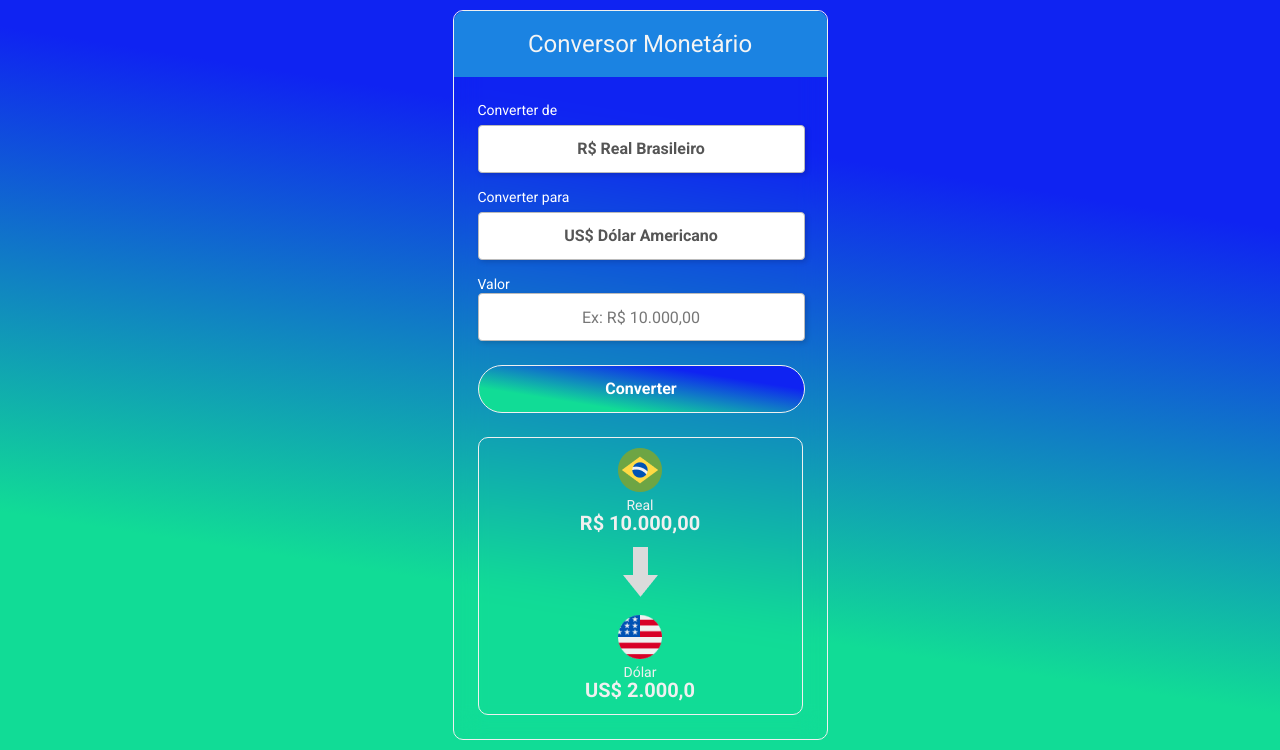
Repository: isayrous/coin-converter
Page: index.html
The author's editor kept a copy of each file at every save. The page is drawn from the files as they stood at one save, then again after the next save.
The browser window is 1280 px wide. The pictures show the whole page.

Above is the page before, as saved 2022-11-03 00:06:22.

### index.html
<!DOCTYPE html>
<html lang="pt-br">
<head>
    <meta charset="UTF-8">
    <meta http-equiv="X-UA-Compatible" content="IE=edge">
    <meta name="viewport" content="width=device-width, initial-scale=1.0">
    <link rel='stylesheet' href="./style.css">
    <link rel="preconnect" href="https://fonts.googleapis.com">
    <link rel="preconnect" href="https://fonts.gstatic.com" crossorigin>
    <link href="https://fonts.googleapis.com/css2?family=Roboto:wght@400;700&display=swap" rel="stylesheet">
    <title>Conversor Monetário</title>
</head>
<body>
    <div class="container">

        <header>
            <h1>Conversor Monetário</h1>
        </header>

        <main>
            <label>
                Converter <strong>de</strong>
                <select id="first-select">
                    <option>R$ Real Brasileiro</option>
                    <option>US$ Dólar Americano</option>
                    <option>Bitcoin</option>
                    <option>€ Euro</option>
                </select>
            </label>

            <label>
                Converter <strong>para</strong>
                <select id="seccond-select">
                    <option>US$ Dólar Americano</option>
                    <option>Bitcoin</option>
                    <option>€ Euro</option>
                    <option>R$ Real Brasileiro</option>
                </select>
            </label>

            <label>
                <b>Valor</b>
                <input id='values' type="number" placeholder="Ex: R$ 10.000,00">
            </label>

            <button id="button-converter" >Converter</button>

            <section>
                <div>
                    <img id="currency-img1" src="./assets/BRL.png">
                    <p id="first-currency">Real</p>
                    <p id="return-input1" class="value">R$ 10.000,00</p>
                </div>

                <img src="./assets/Vector.png"><br>

                <div>
                    <img id="currency-img2" src="./assets/USA.png">
                    <p id ="seccond-currency">Dólar</p>
                    <p id="return-input2" class="value">US$ 2.000,0</p>
                </div>

            </section>

        </main>

    </div>

</body>
<script src='./scripts.js'></script>
</html>

### style.css
* {
    padding: 0;
    margin: 0;
    box-sizing: border-box;
    font-family: 'Roboto', sans-serif;
    font-style: normal;
    font-weight: normal;
    line-height: 18px;
}

body{
    background: linear-gradient(189deg, rgba(15,35,242,1) 24%, rgba(17,220,150,1) 75%);
    width: 100%;
    height: 100%;
    display: flex;
    justify-content: center;
    padding: 10px;
}

.container {
    height: 100%;
    width: 375px;
    background: transparent;
    border: 1px solid #f0f0f0;
    backdrop-filter: blur(15px);
    border-radius: 10px;
}

header {
    background-color: #1b83e2;
    border-radius: 10px 10px 0 0;
    height: 66px;
    display: flex;
    justify-content: center;
    align-items: center;
}

h1 {
    font-size: 24px;
    color:#F4F4F4;
}

main {
    padding: 24px;
}

label{
    font-weight: 400;
    font-size: 14px;
    color: #fff;
    width: 375px;
}

select{
    width: 327px;
    height: 48px;
    background: #FFFFFF;
    border: 1px solid #BBBBBB;
    border-radius: 4px;
    font-weight: 700;
    font-size: 16px;
    color: #555555;
    text-align: center;
    display: block;
    cursor: pointer;
    outline: none;
    appearance: none;
    box-shadow: 2px 2px 5px 0px #00000026;
    margin-bottom: 15px;
    margin-top: 6px;
}

input{
    width: 327px;
    height: 48px;
    background: #FFFFFF;
    border: 1px solid #BBBBBB;
    border-radius: 4px;
    font-weight: 700;
    font-size: 16px;
    color: #555555;
    text-align: center;
    box-shadow: 2px 2px 5px 0px #00000026;
    outline: none;

}

input::-webkit-outer-spin-button,input::-webkit-inner-spin-button {
  -webkit-appearance: none;
  margin: 0;
}

button {
    background: linear-gradient(189deg, rgba(15,35,242,1) 24%, rgba(17,220,150,1) 75%);
    border: 1px solid #f0f0f0;
    border-radius: 25px;
    height: 48px;
    width: 327px;
    font-weight: 700;
    font-size: 1rem;
    color: #fff;
    margin: 24px 0px 24px;
    cursor: pointer;
}

button:hover {
    opacity: 0.8;
}

button:active {
    opacity: 0.7;
}

section{
    border: 1px solid #f0f0f0;
    border-radius: 10px;
    padding-top: 10px;
    display: flex;
    flex-direction: column;
    align-items: center;
    text-align: center;
}

p {
    font-weight: 400;
    font-size: 14px;
    color: #f0f0f0;
}

.value {
    color: #f0f0f0;
    font-weight: 700;
    font-size: 20px;
    margin-bottom: 15px;
}

input::placeholder{color: #777777;
    font-weight: 100;}


@media screen and (max-width: 900px){
    .container {
        height: 100%;
        width: 100%;
    }

    header {
        height: 50px;
    }

    h1 {
        font-size: 20px;
    }

    main {
        padding: 4%;
    }

    label{
        font-size: 0.8rem;
    }

    select{
        font-size: 1rem;
        color: #555555;
        margin-bottom: 10px;
    }

    input{
        font-size: 1rem;
    }

    button {
        font-size: 1rem;
    }

    p {
        font-weight: 700;
        font-size: 0.8rem;
        color: #777777;
    }

    .value {
        font-size: 1rem;
    }
}

### scripts.js
const convert = document.getElementById("button-converter")
const select2 = document.getElementById("seccond-select")
const select1 = document.getElementById("first-select")
/* REAL, DOLAR, BITCOIN , EURO */
const real = [5.16, 5.08]
const dolar = [0.19 , 0.98]
const euro = [0.20 , 1.02]
const bitcoin = [98137.74 , 19010.10 , 19269.79]


const convertvalue = () => {
    const input = document.getElementById("values").value
    const returninput1 = document.getElementById("return-input1")
    const returninput2 = document.getElementById("return-input2")
    /* RETURNS DO INPUT 1 */

    if (select1.value === 'R$ Real Brasileiro') {
        returninput1.innerHTML = new Intl.NumberFormat('pt-BR', {
            style: 'currency', currency: 'BRL'
        }).format(input)

        if (select2.value === 'US$ Dólar Americano') {
            returninput2.innerHTML = new Intl.NumberFormat('en-US', {
                style: 'currency', currency: 'USD'
            }).format(input * dolar[0])
        }
        else if (select2.value === '€ Euro') {
            returninput2.innerHTML = new Intl.NumberFormat('de-DE', {
                style: 'currency', currency: 'EUR'
            }).format(input * euro[0])
        }
        else if (select2.value === 'Bitcoin'){
            returninput2.innerHTML = (input / bitcoin[0]).toFixed(2)
        }
        else if (select2.value === 'R$ Real Brasileiro') {
            returninput2.innerHTML = new Intl.NumberFormat('pt-BR', {
                style: 'currency', currency: 'BRL'
            }).format(input)
        }
    }


    else if (select1.value === 'US$ Dólar Americano') {
        returninput1.innerHTML = new Intl.NumberFormat('en-US', {
            style: 'currency', currency: 'USD'
        }).format(input)

        if (select2.value === 'US$ Dólar Americano') {
            returninput2.innerHTML = new Intl.NumberFormat('en-US', {
                style: 'currency', currency: 'USD'
            }).format(input)
        }
        else if (select2.value === '€ Euro') {
            returninput2.innerHTML = new Intl.NumberFormat('de-DE', {
                style: 'currency', currency: 'EUR'
            }).format(input * euro[1])
        }
        else if (select2.value === 'Bitcoin'){
            returninput2.innerHTML = (input / bitcoin[1]).toFixed(2)
        }
        else if (select2.value === 'R$ Real Brasileiro') {
            returninput2.innerHTML = new Intl.NumberFormat('pt-BR', {
                style: 'currency', currency: 'BRL'
            }).format(input * real[0])
        }

    }

    else if (select1.value === '€ Euro') {
        returninput1.innerHTML = new Intl.NumberFormat('de-DE', {
            style: 'currency', currency: 'EUR'
        }).format(input)

        if (select2.value === 'US$ Dólar Americano') {
            returninput2.innerHTML = new Intl.NumberFormat('en-US', {
                style: 'currency', currency: 'USD'
            }).format(input * dolar[1])
        }
        else if (select2.value === '€ Euro') {
            returninput2.innerHTML = new Intl.NumberFormat('de-DE', {
                style: 'currency', currency: 'EUR'
            }).format(input)
        }
        else if (select2.value === 'Bitcoin'){
            returninput2.innerHTML = (input / bitcoin[1]).toFixed(2)
        }
        else if (select2.value === 'R$ Real Brasileiro') {
            returninput2.innerHTML = new Intl.NumberFormat('pt-BR', {
                style: 'currency', currency: 'BRL'
            }).format(input * real[1])
        }
    }

    else if (select1.value === 'Bitcoin') {
        returninput1.innerHTML = (input)

        if (select2.value === 'US$ Dólar Americano') {
            returninput2.innerHTML = new Intl.NumberFormat('en-US', {
                style: 'currency', currency: 'USD'
            }).format(input * bitcoin[1])
        }
        else if (select2.value === '€ Euro') {
            returninput2.innerHTML = new Intl.NumberFormat('de-DE', {
                style: 'currency', currency: 'EUR'
            }).format(input * bitcoin[2])
        }
        else if (select2.value === 'Bitcoin'){
            returninput2.innerHTML = (input)
        }
        else if (select2.value === 'R$ Real Brasileiro') {
            returninput2.innerHTML = new Intl.NumberFormat('pt-BR', {
                style: 'currency', currency: 'BRL'
            }).format(input * bitcoin[0])
        }


    }

}

const change2 = () => {
    const currencyName2 = document.getElementById("seccond-currency")
    const currencyImg2 = document.getElementById("currency-img2")

    if (select2.value === '€ Euro') {
        currencyName2.innerHTML = '€ Euro'
        currencyImg2.src = "./assets/EURO.png"
    } else if (select2.value === 'Bitcoin') {
        currencyName2.innerHTML = 'Bitcoin'
        currencyImg2.src = "./assets/BITCOIN.png"
    } else if (select2.value === 'US$ Dólar Americano') {
        currencyName2.innerHTML = 'Dólar'
        currencyImg2.src = "./assets/USA.png"
    } else if (select2.value === 'R$ Real Brasileiro') {
        currencyName2.innerHTML = 'Real'
        currencyImg2.src = "./assets/BRL.png"
    }

    convertvalue()
}

const change1 = () => {
    const currencyName1 = document.getElementById("first-currency")
    const currencyImg1 = document.getElementById("currency-img1")

    if (select1.value === '€ Euro') {
        currencyName1.innerHTML = '€ Euro'
        currencyImg1.src = "./assets/EURO.png"
    } else if (select1.value === 'Bitcoin') {
        currencyName1.innerHTML = 'Bitcoin'
        currencyImg1.src = "./assets/BITCOIN.png"
    } else if (select1.value === 'US$ Dólar Americano') {
        currencyName1.innerHTML = 'Dólar'
        currencyImg1.src = "./assets/USA.png"
    } else if (select1.value === 'R$ Real Brasileiro') {
        currencyName1.innerHTML = 'Real'
        currencyImg1.src = "./assets/BRL.png"
    }
    convertvalue()

}

convert.addEventListener('click', convertvalue)
select1.addEventListener('change', change1)
select2.addEventListener('change', change2)

After the next save:
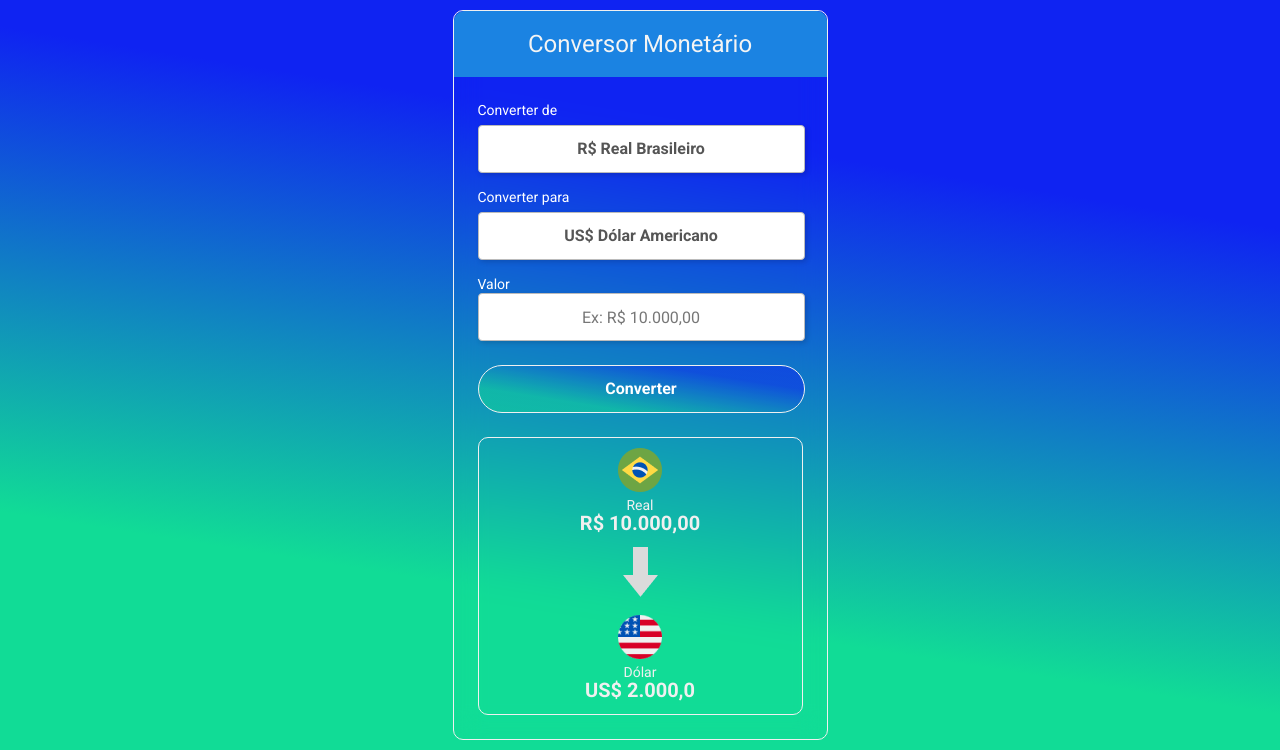
Saved 15 s later.
--- a/style.css
+++ b/style.css
@@ -91,7 +91,7 @@ input::-webkit-outer-spin-button,input::-webkit-inner-spin-button {
 }
 
 button {
-    background: linear-gradient(189deg, rgba(15,35,242,1) 24%, rgba(17,220,150,1) 75%);
+    background: linear-gradient(189deg, rgba(15,35,242,0.5) 24%, rgba(17,220,150,0.5) 75%);
     border: 1px solid #f0f0f0;
     border-radius: 25px;
     height: 48px;
